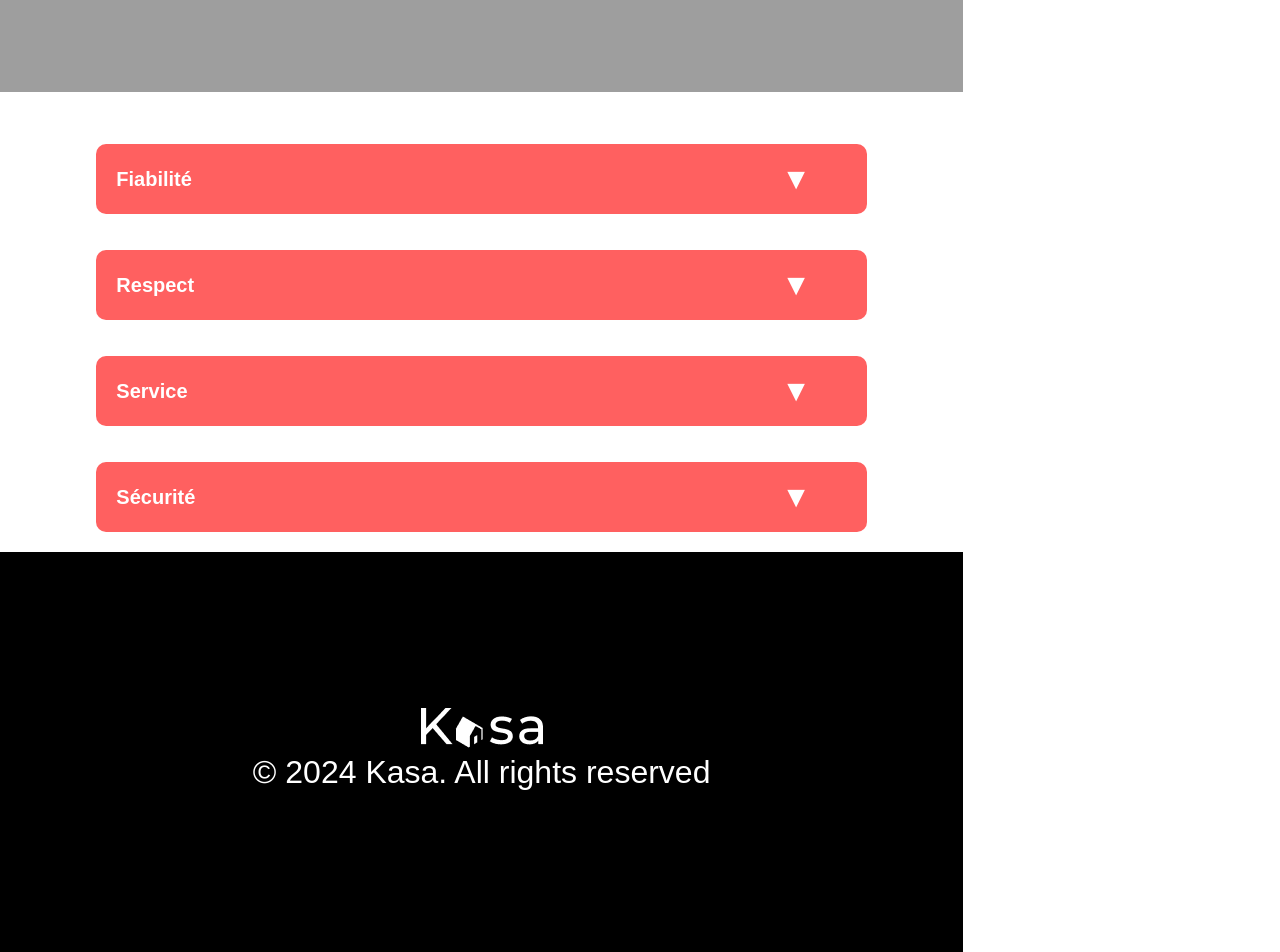
Repository: Dimple3377/kasa-project
Page: /about
The author's editor kept a copy of each file at every save. The page is drawn from the files as they stood at one save, then again after the next save.
The browser window is 1280 px wide. The pictures show the part of the page from y = 290 to 1242 px (the page is 1242 px tall before and 1082 px after).
Pictures or frames that could not be fetched are drawn as grey boxes. The project was rebuilt for these pictures with package versions that can differ from the ones it lists, and the page was loaded fresh each time. Also part of the build but not shown: vite.config.js, src/Components/Card/Card.scss, src/Components/Card/Card.jsx, src/Pages/Home/Home.scss, src/Pages/Home/Home.jsx, src/Components/SlideShow/SlideShow.scss, src/Components/SlideShow/SlideShow.jsx, src/Pages/Logements/Logements.scss and 2 more.

Above is the page before, as saved 2024-04-08 02:51:25.

### src/App.jsx
import "./index.scss";
import "./App.css";
import { Routes, Route } from "react-router-dom";
import Layout from "./Components/Layout/Layout";
import Home from "./Pages/Home/Home";
import Logements from "./Pages/Logements/Logements";
import About from "./Pages/About/About";
import NotFoundPage from "./Pages/NotFoundPage/NotFoundPage";

function App() {
  return (
    <>
      <Layout>
        <Routes>
          <Route path="/" element={<Home />} />
          <Route path="/logements/:id" element={<Logements />} />
          <Route path="/about" element={<About />} />
          <Route path="*" element={<NotFoundPage />} />
        </Routes>
      </Layout>
    </>
  );
}

export default App;

### src/index.scss
@import "./Components/Header/header.scss";

### src/App.css
* {
  margin: 0;
  padding: 0;
  box-sizing: border-box;
  font-family: Arial, Helvetica, sans-serif;
  border: none;
  outline: none;
}

### src/Components/Layout/Layout.jsx
import PropTypes from "prop-types";
import Header from "../Header/Header";
import Footer from "../Footer/Footer";
import "./Layout.scss";

function Layout({ children }) {
  return (
    <div className="main-container">
      <Header />
      <div className="content">{children}</div>
      <Footer />
    </div>
  );
}

Layout.propTypes = {
  children: PropTypes.node.isRequired,
};
export default Layout;

### src/Pages/About/About.jsx
import React, { useEffect } from "react";
import Collapse from "../../Components/Collapse/Collapse";

import Banner from "../../Components/Banner/Banner";

import bannerImage from "../../assets/images/banniere2.jpeg";
import "./About.scss";
function About() {
  useEffect(() => {
    document.body.classList.add("about-page-body");

    return () => document.body.classList.remove("about-page-body");
  }, []);
  return (
    <div className="about-page">
      <Banner backgroundUrl={bannerImage} />

      <section className="collapses">
        <Collapse title="Fiabilité">
          <p>
            Les annonces postées sur Kasa garantissent une fiabilité totale...
          </p>
        </Collapse>
        <Collapse title="Respect">
          <p>...</p>
        </Collapse>
        <Collapse title="Service">
          <p>...</p>
        </Collapse>
        <Collapse title="Sécurité">
          <p>...</p>
        </Collapse>
      </section>
    </div>
  );
}

export default About;

### src/Components/Header/header.scss
.header {
  display: flex;
  align-items: center;
  padding: 1rem;

  .header-logo {
    height: 50px;
    margin-right: 1rem;
  }

  nav {
    margin-left: auto;

    ul {
      list-style: none;
      display: flex;
      margin: 0;
      padding: 0;

      li {
        margin-left: 2rem;

        a {
          color: black;
          text-decoration: none;
        }
      }
    }
  }
}

### src/Components/Header/Header.jsx
import { Link } from "react-router-dom";
import logoImage from "../../assets/images/logo.png";

function Header() {
  return (
    <header className="header">
      <img src={logoImage} alt="Logo" className="header-logo" />
      <nav>
        <ul>
          <li>
            <Link to="/">Accueil</Link>
          </li>

          <li>
            <Link to="/about">À propos</Link>
          </li>
          {/* Ajoutez d'autres liens de navigation ici si nécessaire */}
        </ul>
      </nav>
    </header>
  );
}

export default Header;

### src/Components/Footer/Footer.jsx
import "./Footer.scss";
import logoImage from "../../assets/images/logo_footer.png";
function Footer() {
  return (
    <footer className="footer">
      <img src={logoImage} alt="Kasa Logo" className="footer-logo" />
      <p>&copy; {new Date().getFullYear()} Kasa. All rights reserved</p>
    </footer>
  );
}

export default Footer;

### src/Components/Layout/Layout.scss
.main-container {
  min-height: 100vh;
}

/* Assurez-vous que le contenu pousse le Footer en bas */
.content {
  flex: 1;
}

### src/Components/Banner/Banner.jsx
import React, { useState } from "react"; // Assurez-vous d'importer useState
import "./Banner.scss";
import leftArrowImg from "../../assets/images/arrowLeft.png";
import rightArrowImg from "../../assets/images/arrowRight.png";

// Cette version de Banner peut accepter soit un backgroundUrl pour une image de fond statique, soit un tableau d'images pour un diaporama
export default function Banner({
  images,
  backgroundUrl,
  title,
  showArrows = false,
}) {
  const [currentIndex, setCurrentIndex] = useState(0);

  const goToPrevious = () => {
    const isFirstSlide = currentIndex === 0;
    const newIndex = isFirstSlide ? images.length - 1 : currentIndex - 1;
    setCurrentIndex(newIndex);
  };

  const goToNext = () => {
    const isLastSlide = currentIndex === images.length - 1;
    const newIndex = isLastSlide ? 0 : currentIndex + 1;
    setCurrentIndex(newIndex);
  };

  // Si un tableau d'images est fourni, affiche le diaporama
  if (images && images.length > 0) {
    return (
      <div className="banner slideshow">
        {showArrows && images.length > 1 && (
          <>
            <button onClick={goToPrevious} className="banner-arrow left">
              <img src={leftArrowImg} alt="Previous" />
            </button>
            <button onClick={goToNext} className="banner-arrow right">
              <img src={rightArrowImg} alt="Next" />
            </button>
          </>
        )}
        <img src={images[currentIndex]} alt="Slide" />
        {title && <h1>{title}</h1>}
      </div>
    );
  }

  // Sinon, backgroundUrl pour une image de fond statique
  return (
    <div
      className="banner"
      style={{ backgroundImage: `url(${backgroundUrl})` }}
    >
      {title && <h1>{title}</h1>}
    </div>
  );
}

### src/Components/Collapse/Collapse.jsx
import React, { useState } from "react";
import "./Collapse.scss";

function Collapse({ title, children }) {
  const [isOpen, setIsOpen] = useState(false);

  // Fonction pour gérer le clic sur la flèche
  const handleArrowClick = (e) => {
    // Pour éviter que le clic sur la flèche affecte d'autres éléments
    e.stopPropagation();
    setIsOpen(!isOpen);
  };

  return (
    <div className="collapse">
      <div className="collapse-header">
        {title}
        {/* Flèche rendue cliquable en étant placée dans un bouton */}
        <button
          onClick={handleArrowClick}
          className={`collapse-arrow ${isOpen ? "active" : ""}`}
        >
          ▼
        </button>
      </div>
      <div className={`collapse-content ${isOpen ? "active" : ""}`}>
        {children}
      </div>
    </div>
  );
}

export default Collapse;

### src/Pages/About/About.scss
.about-page {
  display: flex;
  flex-direction: column;
  align-items: center;
  @media (max-width: 768px) {
    padding: 1rem;
  }
  .collapses {
    width: 100%;
    max-width: 1440px;
    margin: 20px auto;
    display: flex;
    flex-direction: column;
    align-items: center;
    gap: 20px;

    .collapse {
      width: 80%;

      @media (max-width: 768px) {
        width: 100%;
      }
    }
  }
  .banner {
    margin-bottom: 2rem;
  }
  .banner::after {
    box-shadow: none;

    content: none;
  }
}
.footer {
  display: flex;
  flex-direction: column;
  justify-content: center;
  align-items: center;
  width: 100%;
  padding: 1rem 0;
  background-color: #000;
  color: #fff;
  text-align: center;
  height: 25rem;

  // Le logo et le paragraphe sont maintenant empilés et centrés verticalement
}

### src/Pages/NotFoundPage/NotFoundPage.scss
// NotFoundPage.scss
.not-found-page {
  display: flex;
  flex-direction: column;
  align-items: center;
  justify-content: center;
  height: 80vh;
  text-align: center;
  .not-found-image {
    width: 100%; // Rend l'image responsive
    max-width: 400px; // Limite la taille maximale de l'image
    height: auto; // Garde le ratio de l'image
    margin-bottom: 2rem;
    @media (max-width: 768px) {
      max-width: 300px; // Réduit la taille de l'image sur les petits écrans
      margin: 0 auto; // Garde l'image centrée avec des marges automatiques
    }
  }
}
h1 {
  font-size: 5em;
}

p {
  font-size: 2em;
  color: #ff5a5f;
  margin-top: 15rem;
}

a {
  margin-top: 20px;
  font-size: 1.2em;
  color: black;
  text-decoration: none;
  margin-top: 15rem;

  &:hover {
    text-decoration: underline;
  }
}

### src/Components/Footer/Footer.scss
footer {
  width: 100%;
  padding: 1rem 0;
  background-color: #000;

  bottom: 0;
  left: 0;
  text-align: center;

  p {
    color: #fff;
    margin: 0;
  }
}

### src/Components/Banner/Banner.scss
.banner {
  display: flex;
  justify-content: center;
  align-items: center;
  width: 100%;
  height: 300px;

  background-size: cover;
  background-position: center;
}

h1 {
  margin: 0;
  text-align: center;
  justify-content: center;
}

### src/Components/Collapse/Collapse.scss
$collapse-background: #ff6060;
$collapse-text-color: #ffffff;
$collapse-arrow-color: #ffffff;
$collapse-content-background: #ffffff;

.collapse {
  & + & {
    margin-top: 1em;
  }
  .collapse-header {
    background-color: $collapse-background;
    color: $collapse-text-color;
    padding: 20px;
    font-size: 1.25em;
    font-weight: bold;
    width: 100%;
    text-align: left;
    position: relative;
    cursor: pointer;
    border-radius: 10px;

    .collapse-arrow {
      background: none;
      border: none;
      color: $collapse-arrow-color;
      font-size: 1.5em;
      cursor: pointer;
      position: absolute;
      right: 20px;
      top: 50%;
      transform: translateY(-50%) rotate(0deg); // Flèche pointe vers le haut initialement
      transition: transform 0.3s ease;

      &.active {
        transform: translateY(-50%) rotate(180deg); // Flèche pointe vers le bas quand le contenu est ouvert
      }
    }
  }

  .collapse-content {
    max-height: 0;
    overflow: hidden;
    transition: max-height 0.3s ease, padding 0.3s ease;
    background-color: $collapse-content-background;
    border-radius: 0 0 10px 10px;
    padding: 0 20px;

    &.active {
      padding: 20px;
      max-height: 1000px;
    }
  }
}

Loaded but not shown: index.html (common file); src/main.jsx (common file); src/index.css (common file)

After the next save:
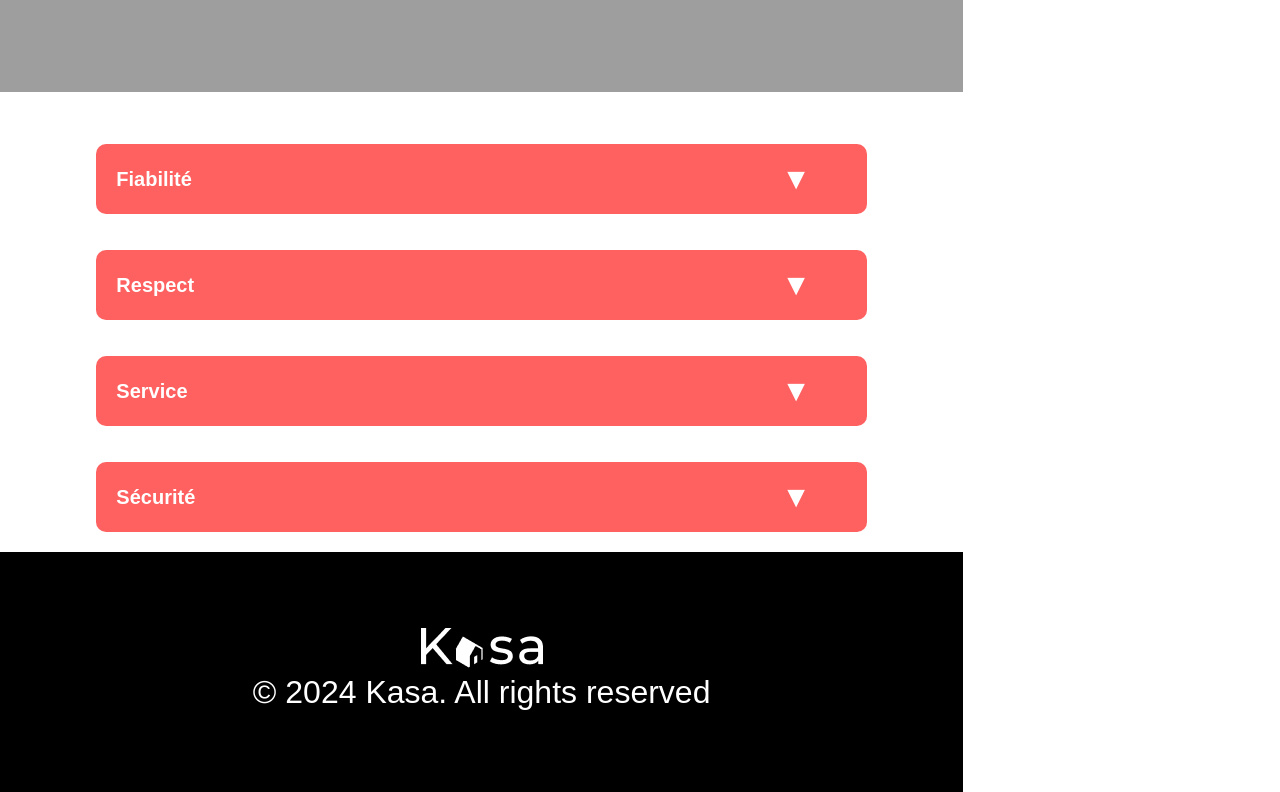
Saved 25 s later.
--- a/src/Pages/About/About.scss
+++ b/src/Pages/About/About.scss
@@ -41,7 +41,7 @@
   background-color: #000;
   color: #fff;
   text-align: center;
-  height: 25rem;
+  height: 15rem;
 
   // Le logo et le paragraphe sont maintenant empilés et centrés verticalement
 }
